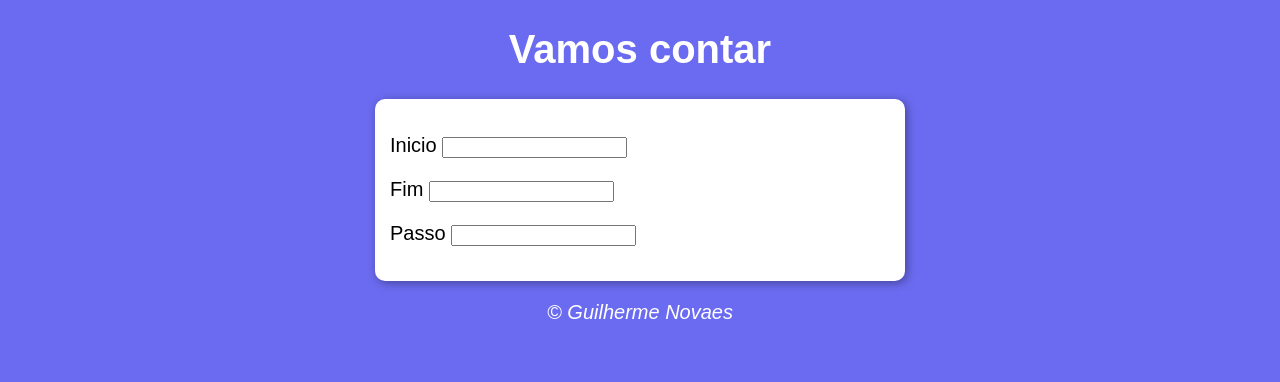
Repository: Guilherme-RNovaes/JavaScript-Curso
Page: Aula 14ex/ex016/index.html
These files come from the project's save history. The page is drawn as it stood at one moment and after a run of saves; the edit follows.
The browser window is 1280 px wide. The pictures show the whole page.

Above is the page before, as saved 2022-09-07 10:22:36.

### Aula 14ex/ex016/index.html
<!DOCTYPE html>
<html lang="pt-br">
<head>
    <meta charset="UTF-8">
    <meta http-equiv="X-UA-Compatible" content="IE=edge">
    <meta name="viewport" content="width=device-width, initial-scale=1.0">
    <title>Modelo de Exercício</title>
    <link rel="stylesheet" href="src/Style/style.css">
</head>
<body>
    <header>
        <h1>Vamos contar</h1>
    </header>
    <section>
        <div>
            <p>Inicio <input type="number" name="firstn" id="firstn"></p>
            <p>Fim <input type="number" name="finaln" id="finaln"></p>
            <p>Passo <input type="number" name="passon" id="passon"></p>
        </div>
        <div>

        </div>
    </section>
    <footer>
        <p>&copy; Guilherme Novaes</p>
    </footer>
    <script src="script.js"></script>
</body>
</html>

### Aula 14ex/ex016/src/Style/style.css
body{
    background-color: rgb(107, 107, 241);
    font: normal 15pt Arial;
}
header {
    color: white;
    text-align: center;
}

section{
    background-color: white;
    border-radius: 10px;
    padding: 15px;
    width: 500px;
    margin: auto;
    box-shadow: 2px 2px 10px rgba(0, 0, 0, 0.36);
}

footer{
    color: white;
    text-align: center;
    font-style: italic;
}

div img{
    width: 250px;
    height: 250px;
    border-radius: 100%;
}

Loaded but not shown: Aula 14ex/ex016/script.js (no copy from this time; the picture is the same without it)

After the next 2 saves:
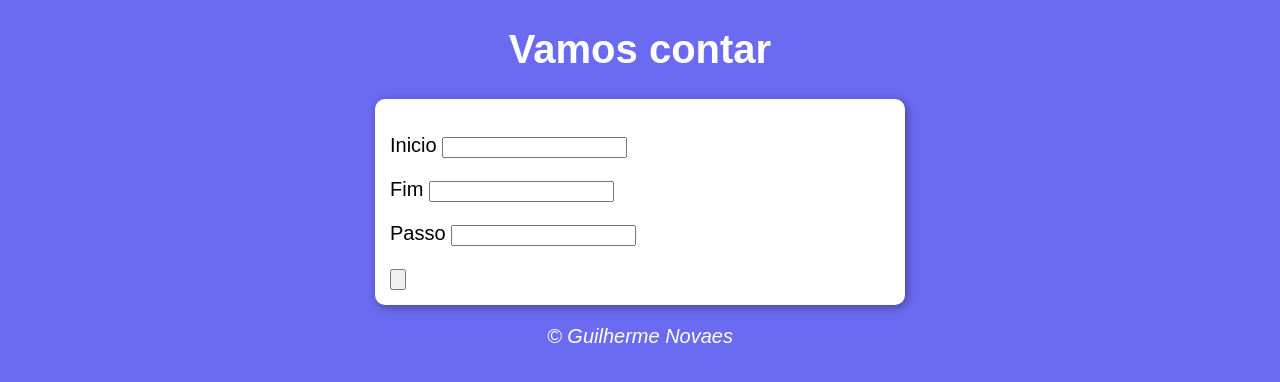
The 2 saves are shown as one change because they came seconds apart.
The last was saved 7 s later.
--- a/Aula 14ex/ex016/index.html
+++ b/Aula 14ex/ex016/index.html
@@ -18,7 +18,7 @@
             <p>Passo <input type="number" name="passon" id="passon"></p>
         </div>
         <div>
-
+            <input type="button" value="">
         </div>
     </section>
     <footer>
